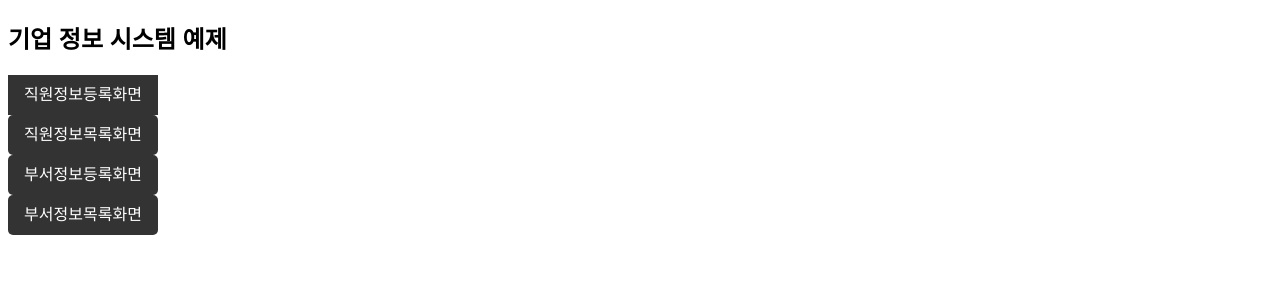
Repository: sieoh/2024html-
Page: workspace_sts/jspweb_08/src/main/webapp/index.html
The author's editor kept a copy of each file at every save. The page is drawn from the files as they stood at one save, then again after the next save.
The browser window is 1280 px wide. The pictures show the whole page.

Above is the page before, as saved 2024-01-12 07:25:00.

### workspace_sts/jspweb_08/src/main/webapp/index.html
<!DOCTYPE html>
<html>
<head>
<meta charset="UTF-8">
<title>Insert title here</title>
<style>
	body {font-family: Arial, sans-serif;}
	.main-menu{
		background-color: #333333;
		height: 40px;
		width: 150px;
		}
    .main-menu ul {
    	list-style: none;
    	padding: 0;
    	margin: 0;
    	}
    .main-menu li {
    	display: inline-block;
		margin-right: 0px;
		height: 40px;
		width: 150px;
    	}
    .main-menu a {
		display: inline-block;
		text-decoration: none;
		line-height: 40px;
		height: 40px;
		width: 150px;
		text-align: center;
		color: white;
		background-color: #333333;
		border-radius: 5px;
		transition: background-color 0.3s ease;
    	}
    .main-menu a:hover {
		background-color:#696969;
		color: white;
		}
  </style>
</head>
<body>
	<h2>기업 정보 시스템 예제</h2>
	<div class="main-menu">
		<ul>
		 	<li><a href="empform.jsp">직원정보등록화면</a></li>
		 	<li><a href="emplist.jsp">직원정보목록화면</a></li>
		 	<li><a href="departform.jsp">부서정보등록화면</a></li>
		 	<li><a href="departlist.jsp">부서정보목록화면</a></li>

		</ul>
	</div>
	<script src="js/jquery-3.7.1.min.js"></script>
  	<script>
	    $(document).ready(function(){
	      $('li').hover(function(){
	        $(this).css("background-color","#696969")
	      },function(){
	        $(this).css("background-color","#333333")
	      });
	    });
  </script>
</body>
</html>

Loaded but not shown: workspace_sts/jspweb_08/src/main/webapp/js/jquery-3.7.1.min.js (library)

After the next save:
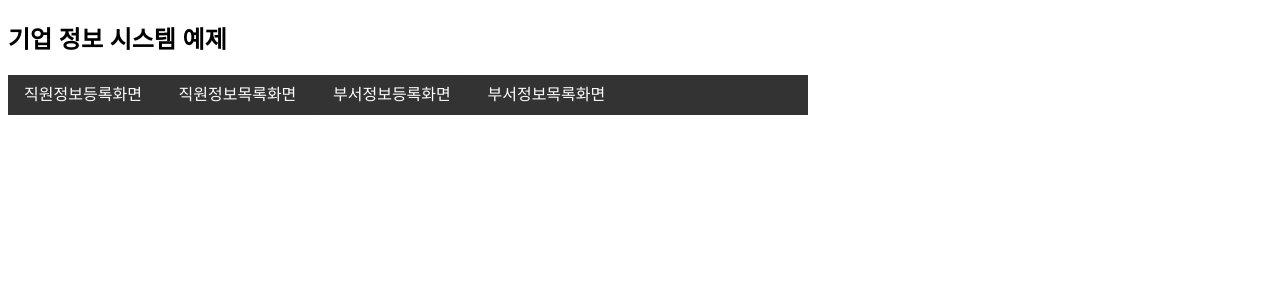
Saved 9 s later.
--- a/workspace_sts/jspweb_08/src/main/webapp/index.html
+++ b/workspace_sts/jspweb_08/src/main/webapp/index.html
@@ -8,7 +8,7 @@
 	.main-menu{
 		background-color: #333333;
 		height: 40px;
-		width: 150px;
+		width: 800px;
 		}
     .main-menu ul {
     	list-style: none;
